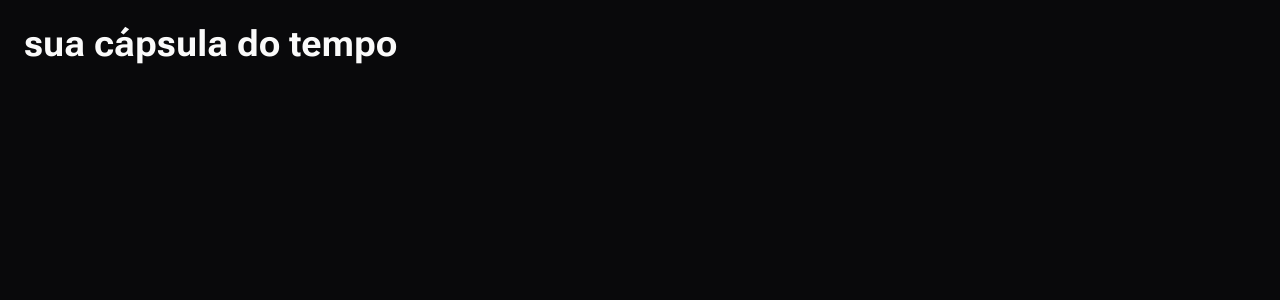
Repository: Herlander929/SpaceTime-nlw
Page: / (app in front-end/)
The author's editor kept a copy of each file at every save. The page is drawn from the files as they stood at one save, then again after the next save.
The browser window is 1280 px wide. The pictures show the whole page.
Some web fonts or font styles are not loaded; a fallback is used. The project was rebuilt for these pictures with package versions that can differ from the ones it lists, and the page was loaded fresh each time. The framework's server and built-in components were replaced by stand-ins that run in the browser. Also part of the build but not shown: front-end/next.config.js.

Above is the page before, as saved 2023-05-18 17:26:46.

After the next save:
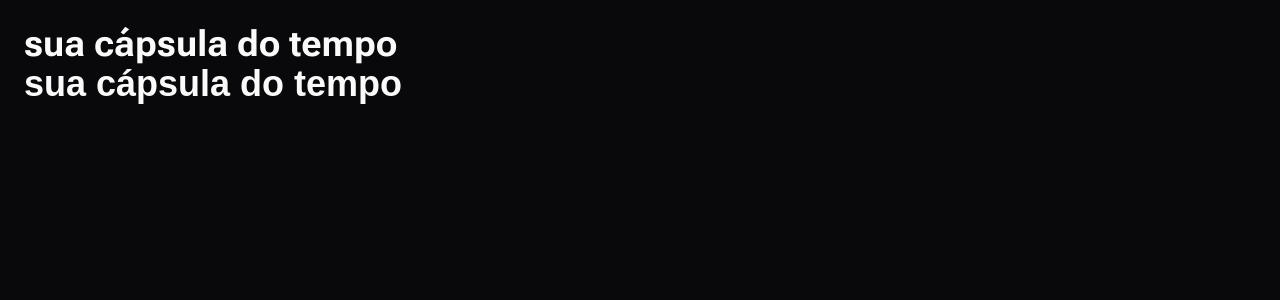
Saved 51 s later.
--- a/front-end/src/app/page.tsx
+++ b/front-end/src/app/page.tsx
@@ -1,5 +1,6 @@
 export default function Home() {
   return <div className="h-screen bg-zinc-950 text-zinc-50 p-6">
     <h1 className="text-4xl font-bold">sua cápsula do tempo</h1>
+    <h1 className="text-4xl font-bold font-alt">sua cápsula do tempo</h1>
     </div>
 }
